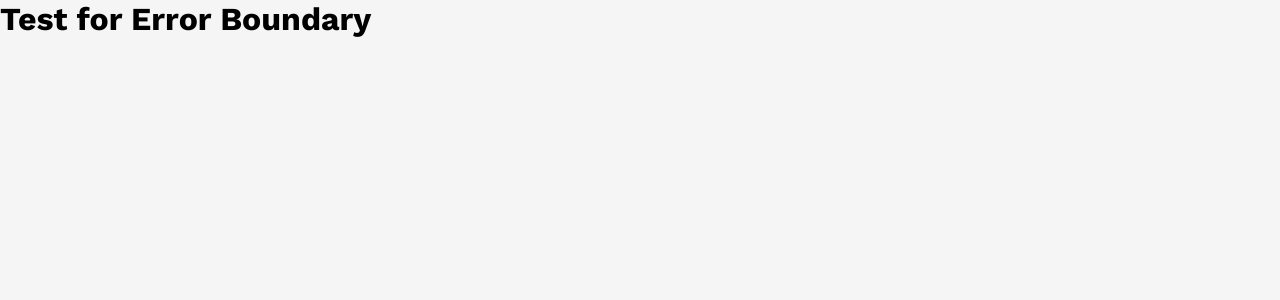
Repository: blessingpeters/myGithub
Page: /errortestpage
The author's editor kept a copy of each file at every save. The page is drawn from the files as they stood at one save, then again after the next save.
The browser window is 1280 px wide. The pictures show the whole page.
The project was rebuilt for these pictures with package versions that can differ from the ones it lists, and the page was loaded fresh each time. Also part of the build but not shown: src/components/Pagination.jsx, src/components/Repos.jsx, src/components/GithubProfile.jsx, src/components/Nav.jsx, src/pages/Home.jsx, src/pages/RepoPage.jsx, src/pages/NotFound.jsx.

Above is the page before, as saved 2022-11-02 18:53:30.

After the next save:
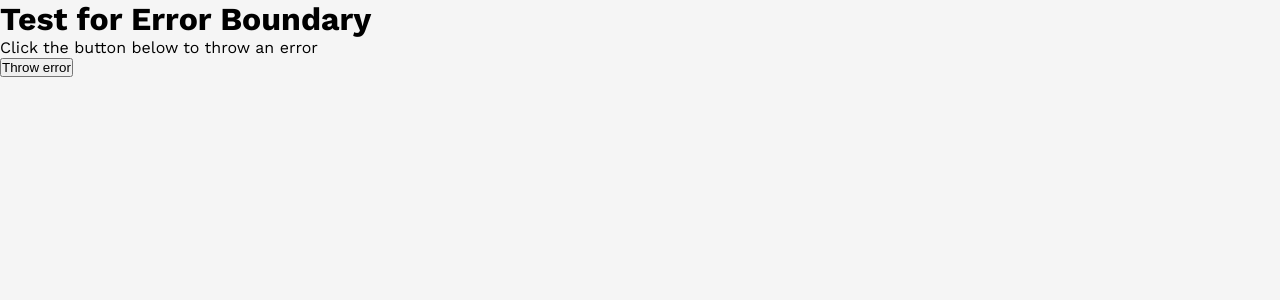
Saved 18 s later.
--- a/src/pages/ErrorTestPage.jsx
+++ b/src/pages/ErrorTestPage.jsx
@@ -16,6 +16,8 @@ function ErrorTest (){
         <ErrorBoundary FallbackComponent={ErrorFallback}>
             <div>
                 <h1>Test for Error Boundary</h1>
+                <p>Click the button below to throw an error</p>
+                <button onClick={() => { throw new Error('Error thrown from button click') }}>Throw error</button>
 
             </div>
         </ErrorBoundary>
